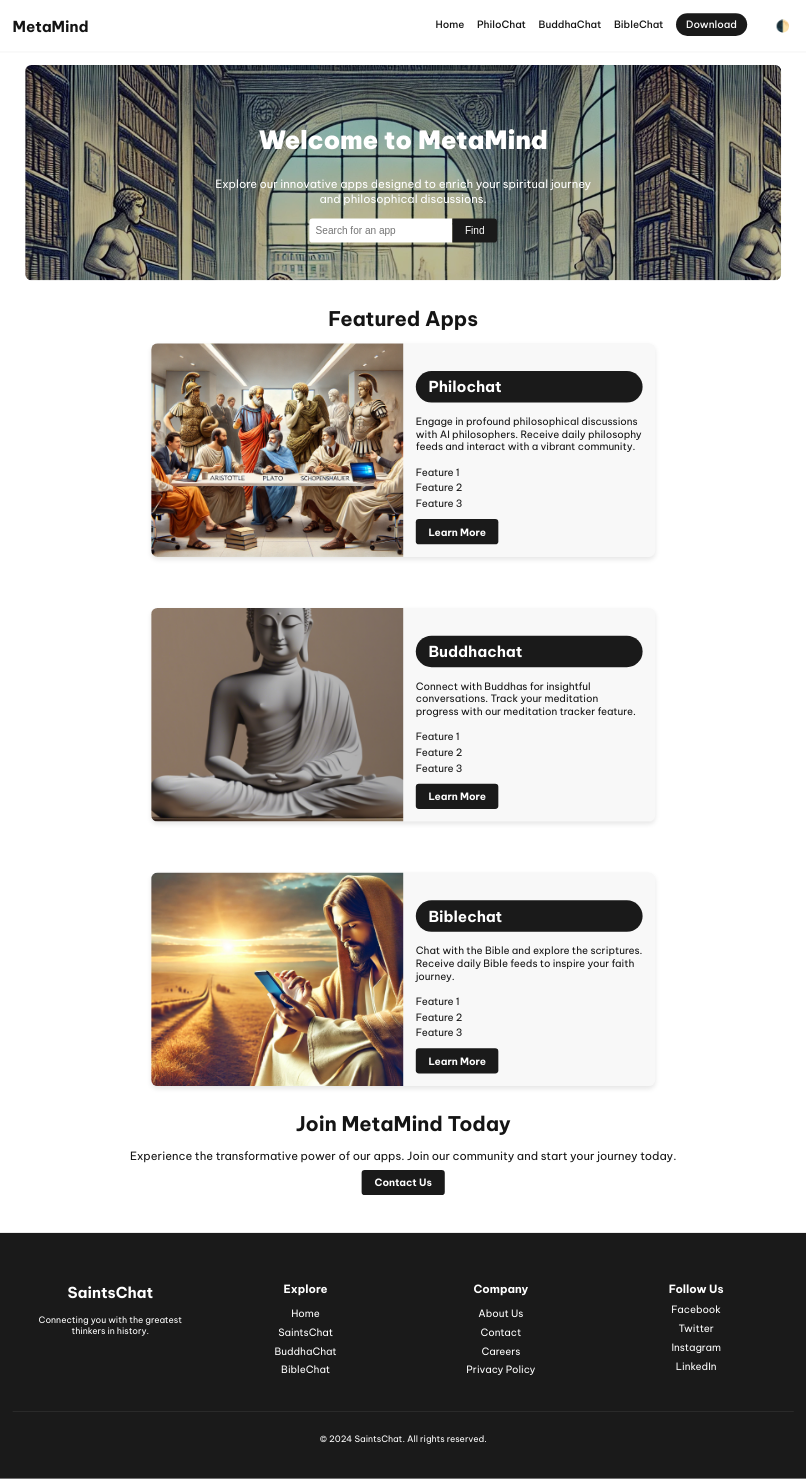
Repository: HSfac/EthosMindWeb
Page: /
The author's editor kept a copy of each file at every save. The page is drawn from the files as they stood at one save, then again after the next save.
The browser window is 1280 px wide. The pictures show the whole page, at 63% of full size.
The project was rebuilt for these pictures with package versions that can differ from the ones it lists, and the page was loaded fresh each time. Also part of the build but not shown: src/pages/SaintsChat.css, src/pages/SaintsChat.jsx, src/pages/BuddhaChat.css, src/pages/BuddhaChat.jsx, src/pages/BibleChat.css, src/pages/BibleChat.jsx, src/pages/Download.css, src/pages/Download.jsx.

Above is the page before, as saved 2024-07-21 21:47:03.

### src/index.css
@import url('https://fonts.googleapis.com/css2?display=swap&family=Be+Vietnam+Pro:wght@400;500;700;900&family=Noto+Sans:wght@400;500;700;900');

body {
  font-family: "Be Vietnam Pro", "Noto Sans", sans-serif;
  margin: 0;
  padding: 0;
  box-sizing: border-box;
}

### src/App.jsx
import React from 'react';
import { BrowserRouter as Router, Route, Routes } from 'react-router-dom';
import Home from './pages/Home.jsx';
import SaintsChat from './pages/SaintsChat.jsx';
import BuddhaChat from './pages/BuddhaChat.jsx';
import BibleChat from './pages/BibleChat.jsx';
import Download from './pages/Download.jsx'; // Download 페이지를 추가합니다.
import Header from './components/Header.jsx';
import Footer from './components/Footer.jsx';

function App() {
  return (
    <Router>
      <Header />
      <Routes>
        <Route path="/" element={<Home />} />
        <Route path="/saintschat" element={<SaintsChat />} />
        <Route path="/buddhachats" element={<BuddhaChat />} />
        <Route path="/biblechats" element={<BibleChat />} />
        <Route path="/download" element={<Download />} /> {/* Download 페이지를 추가합니다. */}
      </Routes>
      <Footer />
    </Router>
  );
}

export default App;

### src/pages/Home.jsx
import React from 'react';
import './Home.css';
import { Link } from 'react-router-dom';
import heroImage from '../assets/images/hero-image.png';
import philochatScreenshot from '../assets/images/ph-image-dl.png';
import buddhachatScreenshot from '../assets/images/buddha-hero-image.png';
import biblechatScreenshot from '../assets/images/jesus-image-dl.png';

function Home() {
  return (
    <main className="home-main">
      {/* Hero Section */}
      <section className="home-hero" style={{ backgroundImage: `url(${heroImage})` }}>
        <div className="home-hero-content">
          <h1 className="home-hero-title">Welcome to MetaMind</h1>
          <p className="home-hero-description">Explore our innovative apps designed to enrich your spiritual journey and philosophical discussions.</p>
          <div className="home-hero-search">
            <input type="text" placeholder="Search for an app" />
            <button>Find</button>
          </div>
        </div>
      </section>

      {/* App Introduction Section */}
      <section id="home-app-introduction" className="home-app-introduction">
        <h2 className="home-section-title">Featured Apps</h2>
        <div className="home-app-cards">
          <div className="home-app-card">
            <div className="home-app-image-container">
              <img src={philochatScreenshot} alt="Philochat App Screenshot" className="home-app-image" />
            </div>
            <div className="home-app-info">
              <h3 className="home-app-title">Philochat</h3>
              <p className="home-app-description">Engage in profound philosophical discussions with AI philosophers. Receive daily philosophy feeds and interact with a vibrant community.</p>
              <ul className="home-app-features">
                <li>Feature 1</li>
                <li>Feature 2</li>
                <li>Feature 3</li>
              </ul>
              <Link to="/saintschat" className="home-learn-more-button" onClick={() => window.scrollTo(0, 0)}>Learn More</Link>
            </div>
          </div>
          <hr className="home-divider" />

          <div className="home-app-card">
            <div className="home-app-image-container">
              <img src={buddhachatScreenshot} alt="Buddhachat App Screenshot" className="home-app-image" />
            </div>
            <div className="home-app-info">
              <h3 className="home-app-title">Buddhachat</h3>
              <p className="home-app-description">Connect with Buddhas for insightful conversations. Track your meditation progress with our meditation tracker feature.</p>
              <ul className="home-app-features">
                <li>Feature 1</li>
                <li>Feature 2</li>
                <li>Feature 3</li>
              </ul>
              <Link to="/buddhachats" className="home-learn-more-button" onClick={() => window.scrollTo(0, 0)}>Learn More</Link>
            </div>
          </div>
          <hr className="home-divider" />

          <div className="home-app-card">
            <div className="home-app-image-container">
              <img src={biblechatScreenshot} alt="Biblechat App Screenshot" className="home-app-image" />
            </div>
            <div className="home-app-info">
              <h3 className="home-app-title">Biblechat</h3>
              <p className="home-app-description">Chat with the Bible and explore the scriptures. Receive daily Bible feeds to inspire your faith journey.</p>
              <ul className="home-app-features">
                <li>Feature 1</li>
                <li>Feature 2</li>
                <li>Feature 3</li>
              </ul>
              <Link to="/biblechats" className="home-learn-more-button" onClick={() => window.scrollTo(0, 0)}>Learn More</Link>
            </div>
          </div>
        </div>
      </section>

      {/* Call to Action Section */}
      <section className="home-cta-section">
        <h2 className="home-cta-title">Join MetaMind Today</h2>
        <p className="home-cta-description">Experience the transformative power of our apps. Join our community and start your journey today.</p>
        <div className="home-cta-buttons">
          <Link to="/contact" className="home-cta-button">Contact Us</Link>
        </div>
      </section>
    </main>
  );
}

export default Home;

### src/components/Header.jsx
import React from 'react';
import { Link } from 'react-router-dom';
import './Header.css';

function Header() {
  return (
    <header className="header">
      <h1 className="header-title">MetaMind</h1>
      <nav className="nav">
        <ul className="nav-list">
          <li className="nav-item"><Link to="/">Home</Link></li>
          <li className="nav-item"><Link to="/saintschat">PhiloChat</Link></li>
          <li className="nav-item"><Link to="/buddhachats">BuddhaChat</Link></li>
          <li className="nav-item"><Link to="/biblechats">BibleChat</Link></li>
          <li className="nav-item header-download-button"><Link to="/download">Download</Link></li>
          <li className="nav-item"><button className="toggle-button" onClick={() => document.body.classList.toggle('dark-mode')}>🌓</button></li>
        </ul>
      </nav>
    </header>
  );
}

export default Header;

### src/components/Footer.jsx
import React from 'react';
import { Link } from 'react-router-dom';
import './Footer.css';

function Footer() {
  return (
    <footer className="footer">
      <div className="footer-content">
        <div className="footer-section">
          <h2 className="footer-title">SaintsChat</h2>
          <p className="footer-description">Connecting you with the greatest thinkers in history.</p>
        </div>
        <div className="footer-section">
          <h3 className="footer-subtitle">Explore</h3>
          <ul className="footer-links">
            <li><Link to="/">Home</Link></li>
            <li><Link to="/saintschat">SaintsChat</Link></li>
            <li><Link to="/buddhachats">BuddhaChat</Link></li>
            <li><Link to="/biblechats">BibleChat</Link></li>
          </ul>
        </div>
        <div className="footer-section">
          <h3 className="footer-subtitle">Company</h3>
          <ul className="footer-links">
            <li><Link to="/about">About Us</Link></li>
            <li><Link to="/contact">Contact</Link></li>
            <li><Link to="/careers">Careers</Link></li>
            <li><Link to="/privacy">Privacy Policy</Link></li>
          </ul>
        </div>
        <div className="footer-section">
          <h3 className="footer-subtitle">Follow Us</h3>
          <div className="footer-social">
            <a href="https://facebook.com" target="_blank" rel="noopener noreferrer">Facebook</a>
            <a href="https://twitter.com" target="_blank" rel="noopener noreferrer">Twitter</a>
            <a href="https://instagram.com" target="_blank" rel="noopener noreferrer">Instagram</a>
            <a href="https://linkedin.com" target="_blank" rel="noopener noreferrer">LinkedIn</a>
          </div>
        </div>
      </div>
      <div className="footer-bottom">
        <p>&copy; 2024 SaintsChat. All rights reserved.</p>
      </div>
    </footer>
  );
}

export default Footer;

### src/pages/Home.css
.home-body {
  background-color: #ffffff;
  color: #000000;
}

@media (prefers-color-scheme: dark) {
  .home-body {
    background-color: #181818;
    color: #f8f8f8;
  }
}

.home-main {
  padding: 20px 40px;
}

.home-hero {
  background: linear-gradient(rgba(0, 0, 0, 0.1) 0%, rgba(0, 0, 0, 0.4) 100%), center/cover no-repeat;
  color: #ffffff;
  text-align: center;
  padding: 60px 20px;
  border-radius: 10px;
  margin-bottom: 40px;
}

.home-hero-content {
  max-width: 600px;
  margin: 0 auto;
}

.home-hero-title {
  font-size: 40px;
  font-weight: 900;
}

.home-hero-description {
  font-size: 18px;
  margin: 10px 0;
}

.home-hero-search {
  display: flex;
  justify-content: center;
  margin-top: 20px;
}

.home-hero-search input {
  padding: 10px;
  font-size: 16px;
  border: none;
  border-radius: 5px 0 0 5px;
  outline: none;
}

.home-hero-search button {
  padding: 10px 20px;
  font-size: 16px;
  border: none;
  background-color: #1a1a1a;
  color: #ffffff;
  border-radius: 0 5px 5px 0;
  cursor: pointer;
}

.home-app-introduction {
  margin: 40px 0;
}

.home-section-title {
  font-size: 32px;
  font-weight: bold;
  text-align: center;
  margin-bottom: 20px;
}

.home-app-cards {
  display: flex;
  flex-direction: column;
  align-items: center;
  gap: 20px;
}

.home-app-card {
  display: flex;
  background-color: #f8f8f8;
  border-radius: 10px;
  box-shadow: 0 4px 8px rgba(0, 0, 0, 0.1);
  max-width: 800px;
  width: 100%;
  overflow: hidden;
}

@media (prefers-color-scheme: dark) {
  .home-app-card {
    background-color: #282828;
    box-shadow: 0 4px 8px rgba(255, 255, 255, 0.1);
  }
}

.home-app-image-container {
  flex: 1;
  min-width: 50%;
}

.home-app-image {
  width: 100%;
  height: 100%;
  object-fit: cover;
}

.home-app-info {
  flex: 1;
  padding: 20px;
  display: flex;
  flex-direction: column;
  justify-content: center;
}

.home-app-title {
  font-size: 24px;
  font-weight: bold;
  background-color: #1a1a1a;
  color: #ffffff;
  padding: 10px 20px;
  border-radius: 50px;
  display: inline-block;
  margin-bottom: 10px;
  white-space: nowrap;
}

@media (prefers-color-scheme: dark) {
  .home-app-title {
    background-color: #f8f8f8;
    color: #181818;
  }
}

.home-app-description {
  font-size: 16px;
  margin: 10px 0;
}

.home-app-features {
  list-style: none;
  padding: 0;
  margin: 10px 0;
}

.home-app-features li {
  font-size: 16px;
  margin-bottom: 5px;
}

.home-learn-more-button {
  background-color: #1a1a1a;
  color: #ffffff;
  padding: 10px 20px;
  border: none;
  border-radius: 5px;
  cursor: pointer;
  font-size: 16px;
  font-weight: bold;
  text-decoration: none;
  align-self: flex-start;
}

@media (prefers-color-scheme: dark) {
  .home-learn-more-button {
    background-color: #f8f8f8;
    color: #181818;
  }
}

.home-divider {
  border: 0;
  height: 1px;
  margin: 20px 0;
  background-color: rgba(0, 0, 0, 0.2);
}

@media (prefers-color-scheme: dark) {
  .home-divider {
    background-color: rgba(255, 255, 255, 0.2);
  }
}

.home-cta-section {
  margin: 40px 0;
  text-align: center;
}

.home-cta-title {
  font-size: 32px;
  font-weight: bold;
  margin-bottom: 20px;
}

.home-cta-description {
  font-size: 18px;
  margin: 10px 0;
}

.home-cta-buttons {
  display: flex;
  justify-content: center;
  gap: 10px;
}

.home-cta-button {
  background-color: #1a1a1a;
  color: #ffffff;
  padding: 10px 20px;
  border: none;
  border-radius: 5px;
  cursor: pointer;
  font-size: 16px;
  font-weight: bold;
  text-decoration: none;
}

@media (prefers-color-scheme: dark) {
  .home-cta-button {
    background-color: #f8f8f8;
    color: #181818;
  }
}

### src/components/Header.css
.header {
  display: flex;
  justify-content: space-between;
  align-items: center;
  padding: 10px 20px;
  border-bottom: 1px solid #ededed;
}

.header-title {
  font-size: 24px;
  font-weight: bold;
}

.nav {
  display: flex;
}

.nav-list {
  display: flex;
  list-style: none;
  margin: 0;
  padding: 0;
}

.nav-item {
  margin-left: 20px;
}

.nav-item a {
  text-decoration: none;
  color: var(--text-color);
  font-weight: 500;
}

.header-download-button a {
  padding: 8px 16px;
  border-radius: 20px;
  background-color: #1a1a1a;
  color: white;
}

.toggle-button {
  background: none;
  border: none;
  font-size: 18px;
  cursor: pointer;
  margin-left: 20px;
}

:root {
  --bg-color: white;
  --text-color: #141414;
}

.dark-mode {
  --bg-color: #141414;
  --text-color: white;
}

body {
  background-color: var(--bg-color);
  color: var(--text-color);
  transition: background-color 0.3s, color 0.3s;
}

### src/components/Footer.css
.footer {
  background-color: #1a1a1a;
  color: white;
  padding: 40px 20px;
  text-align: center;
}

.footer-content {
  display: flex;
  flex-wrap: wrap;
  justify-content: space-around;
  margin-bottom: 20px;
}

.footer-section {
  flex: 1;
  min-width: 200px;
  margin: 20px;
}

.footer-title {
  font-size: 24px;
  font-weight: bold;
}

.footer-description {
  font-size: 14px;
}

.footer-subtitle {
  font-size: 18px;
  font-weight: bold;
  margin-bottom: 10px;
}

.footer-links {
  list-style: none;
  padding: 0;
}

.footer-links li {
  margin-bottom: 10px;
}

.footer-links a {
  text-decoration: none;
  color: white;
}

.footer-social a {
  display: block;
  margin-bottom: 10px;
  text-decoration: none;
  color: white;
}

.footer-bottom {
  border-top: 1px solid #333;
  padding-top: 20px;
  font-size: 14px;
}

Loaded but not shown: public/index.html (common file); src/index.js (common file)

After the next save:
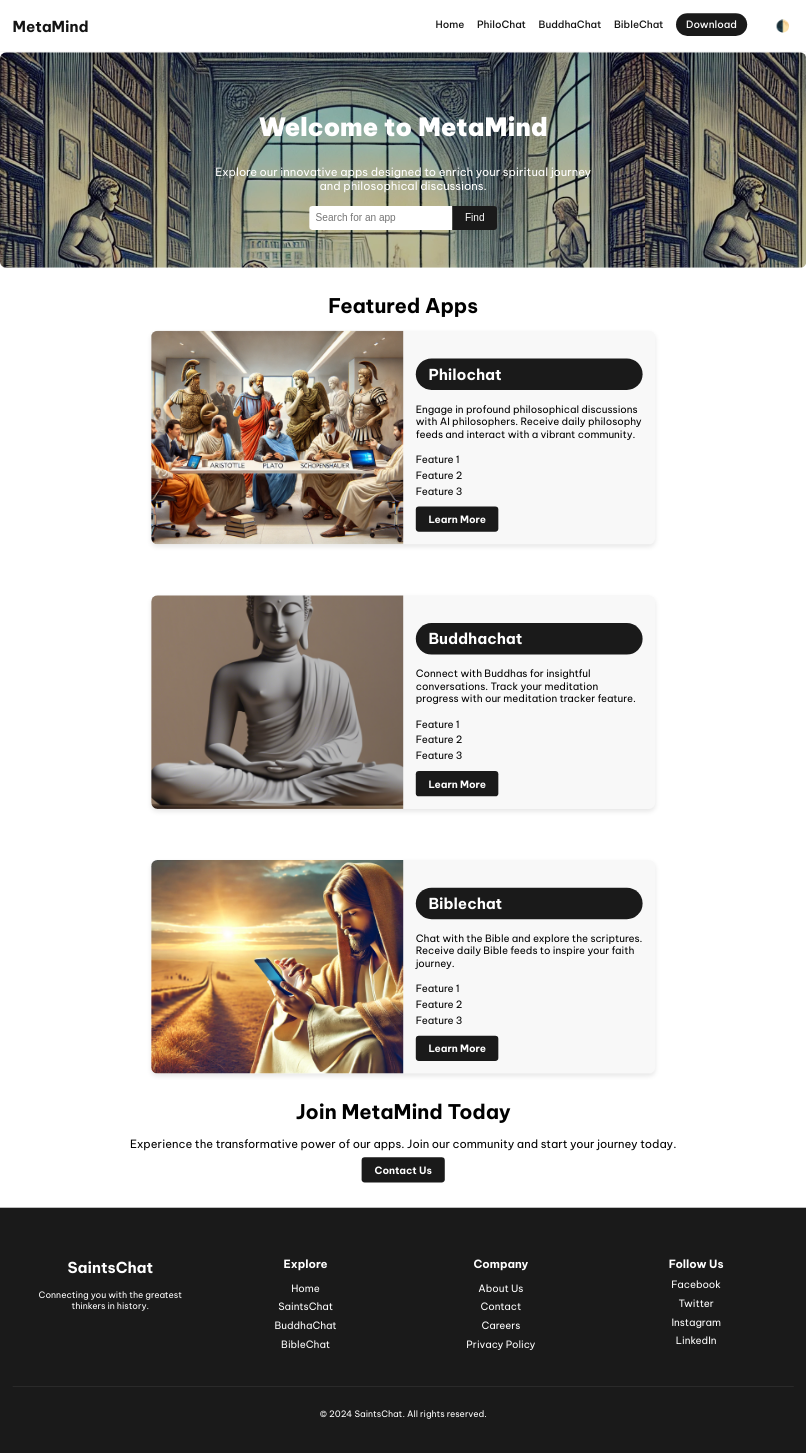
Saved 49 s later.
--- a/src/pages/Home.jsx
+++ b/src/pages/Home.jsx
@@ -8,7 +8,7 @@
 
 function Home() {
   return (
-    <main className="home-main">
+    <main className="home-body">
       {/* Hero Section */}
       <section className="home-hero" style={{ backgroundImage: `url(${heroImage})` }}>
         <div className="home-hero-content">

After the save that followed:
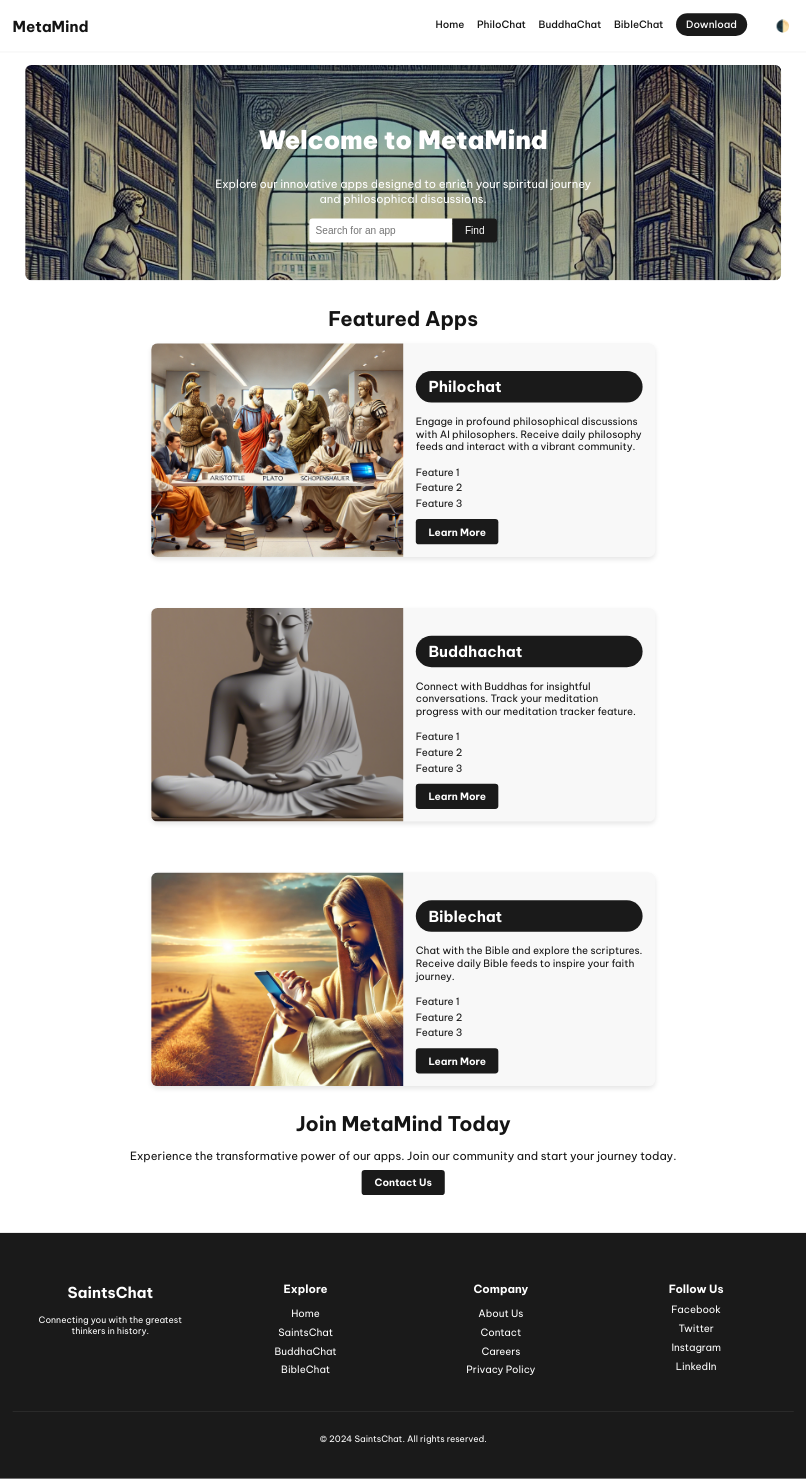
Saved 40 s later.
--- a/src/pages/Home.jsx
+++ b/src/pages/Home.jsx
@@ -8,7 +8,7 @@
 
 function Home() {
   return (
-    <main className="home-body">
+    <main className="home-main">
       {/* Hero Section */}
       <section className="home-hero" style={{ backgroundImage: `url(${heroImage})` }}>
         <div className="home-hero-content">
